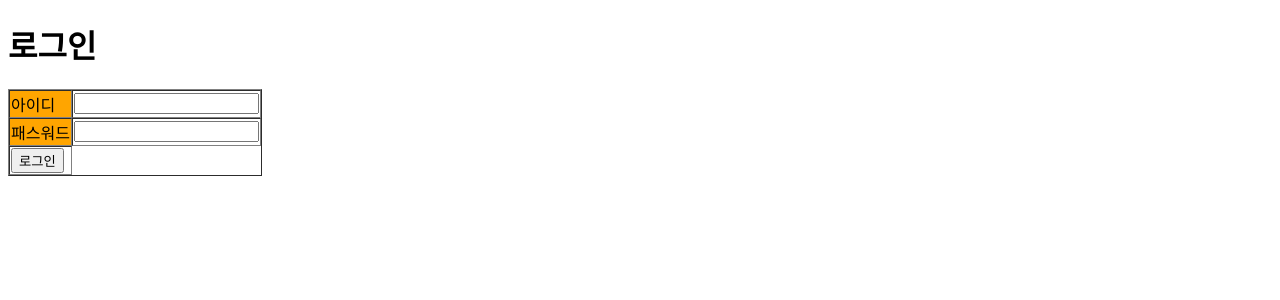
Repository: allstar94/spring_practice
Page: http://localhost/Model2_Board/login.jsp
These files come from the project's save history. The page is drawn as it stood at one moment and after the next save; the edit follows.
The browser window is 1280 px wide. The pictures show the whole page.
The page is served by Tomcat 9.

Above is the page before, as saved 2021-10-26 02:14:05.

After the next save:
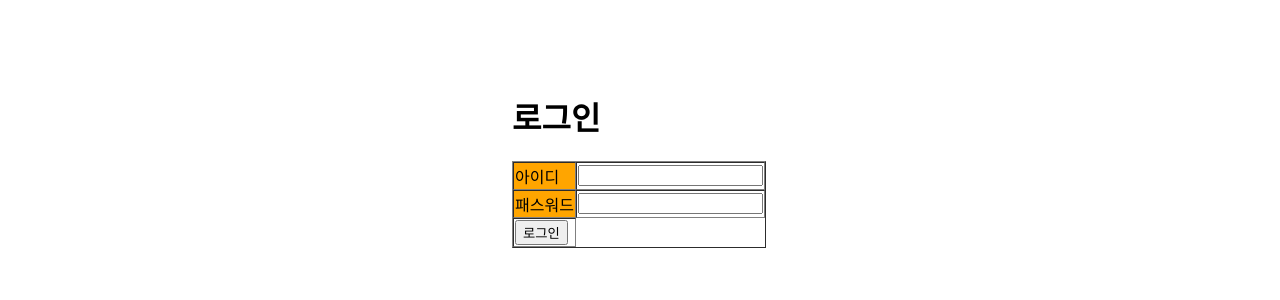
Saved 3 min 14 s later.
--- a/Model2_Board/src/main/webapp/login.jsp
+++ b/Model2_Board/src/main/webapp/login.jsp
@@ -5,6 +5,13 @@
 <head>
 <meta charset="EUC-KR">
 <title>login.jsp 페이지</title>
+<style>
+#div_box {
+	position: absolute;
+	top: 10%;
+	left: 40%;
+}
+</style>
 </head>
 <body>
 	<div id="div_box">
